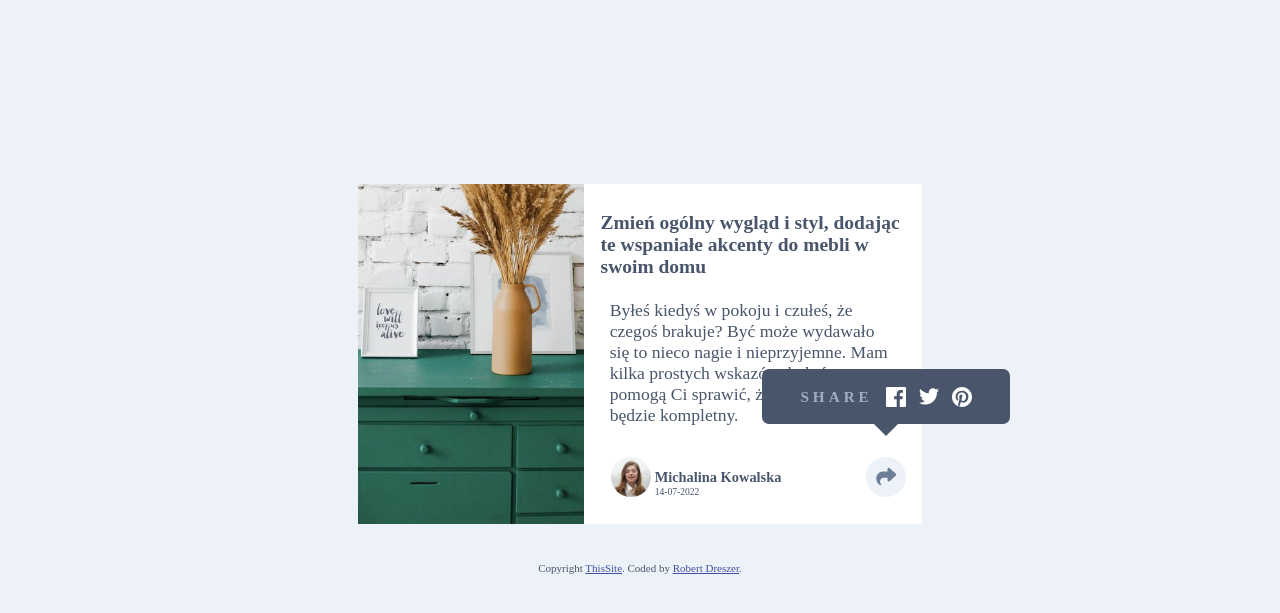
Repository: RobertDsr/komponent-podgl-du-produktu
Page: index.html
An editor plug-in stored every save of this project. The page is shown before and after a run of saves, followed by the edit.
The browser window is 1280 px wide. The pictures show the whole page.
Some web libraries are served in a nearby version. The style sheet was rebuilt from its Sass, Less or Tailwind sources for each picture, by a compiler version that may differ from the author's.

Above is the page before, as saved 2022-07-14 15:14:57.

After the next 3 saves:
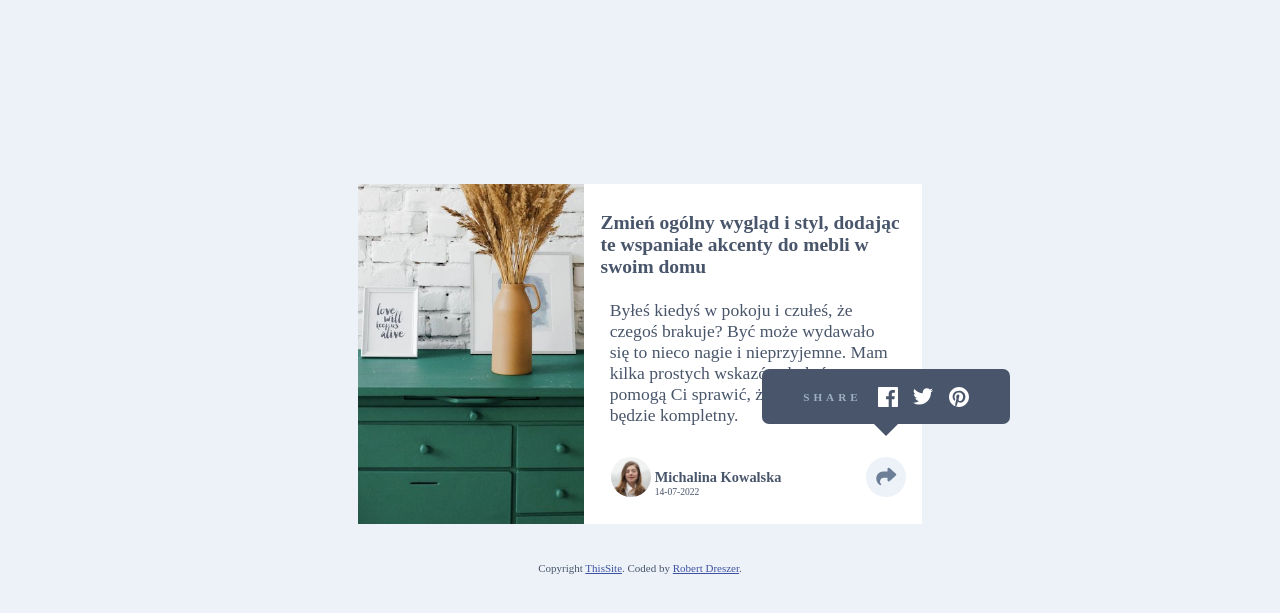
The 3 saves are shown as one change because 1 did not build or start and some came seconds apart.
The last was saved 12 s later.
--- a/design/scss/main.scss
+++ b/design/scss/main.scss
@@ -133,6 +133,7 @@ body {
     color: var(--Grayish-Blue);
     text-transform: uppercase;
     letter-spacing: 4px;
+    font-size: .7rem;
 
 }
 
